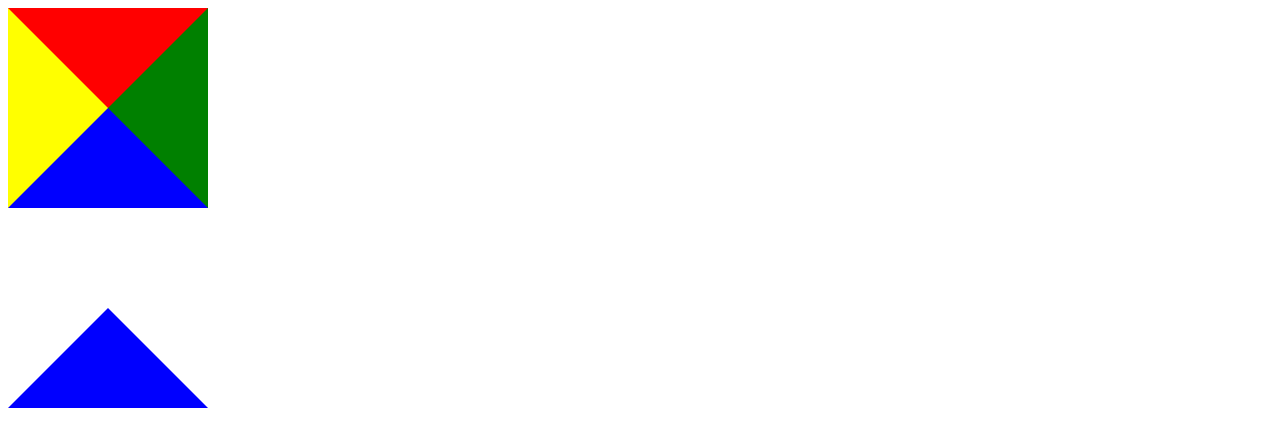
Repository: zh-webliker/achiveSomeFunction
Page: css/css画图.html
An editor plug-in stored every save of this project. The page is shown before and after the next save, followed by the edit.
The browser window is 1280 px wide. The pictures show the whole page.

Above is the page before, as saved 2021-07-13 16:09:26.

### css/css画图.html
<!DOCTYPE html>
<html lang="en">
<head>
  <meta charset="UTF-8">
  <meta http-equiv="X-UA-Compatible" content="IE=edge">
  <meta name="viewport" content="width=device-width, initial-scale=1.0">
  <title>Document</title>
</head>
<style>
  .triangle {
    width: 0;
    height: 0;
    border-bottom: 100px solid blue;
    border-top: 100px solid red;
    border-left: 100px solid yellow;
    border-right: 100px solid green;
  }
  .triangleElse {
    width: 0;
    height: 0;
    border: 100px solid transparent;
    border-bottom: 100px solid blue;
  }
</style>
<body>
  <div class="triangle"></div>
  <div class="triangleElse"></div>
</body>
</html>

After the next save:
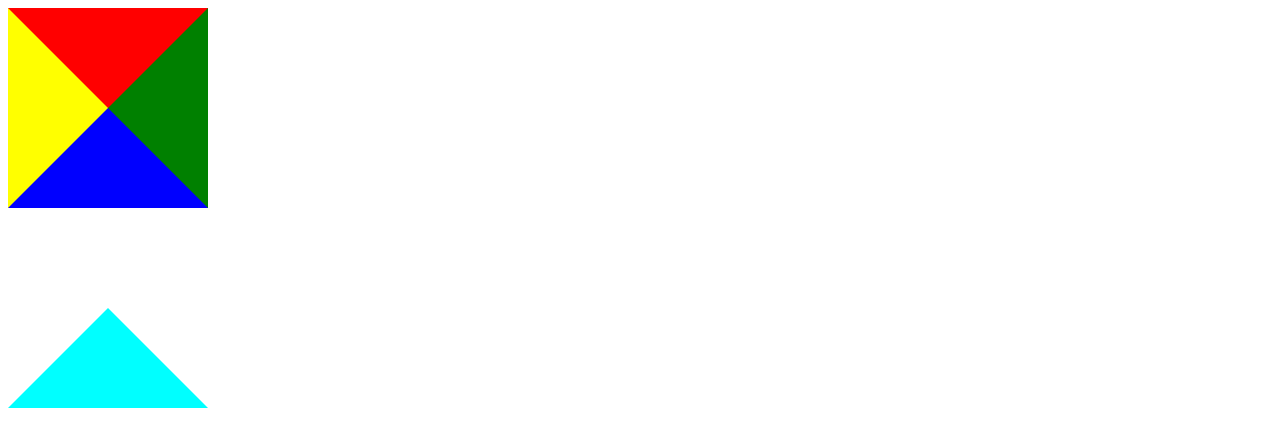
Saved 6 s later.
--- a/css/css画图.html
+++ b/css/css画图.html
@@ -19,7 +19,7 @@
     width: 0;
     height: 0;
     border: 100px solid transparent;
-    border-bottom: 100px solid blue;
+    border-bottom: 100px solid #0ff;
   }
 </style>
 <body>
